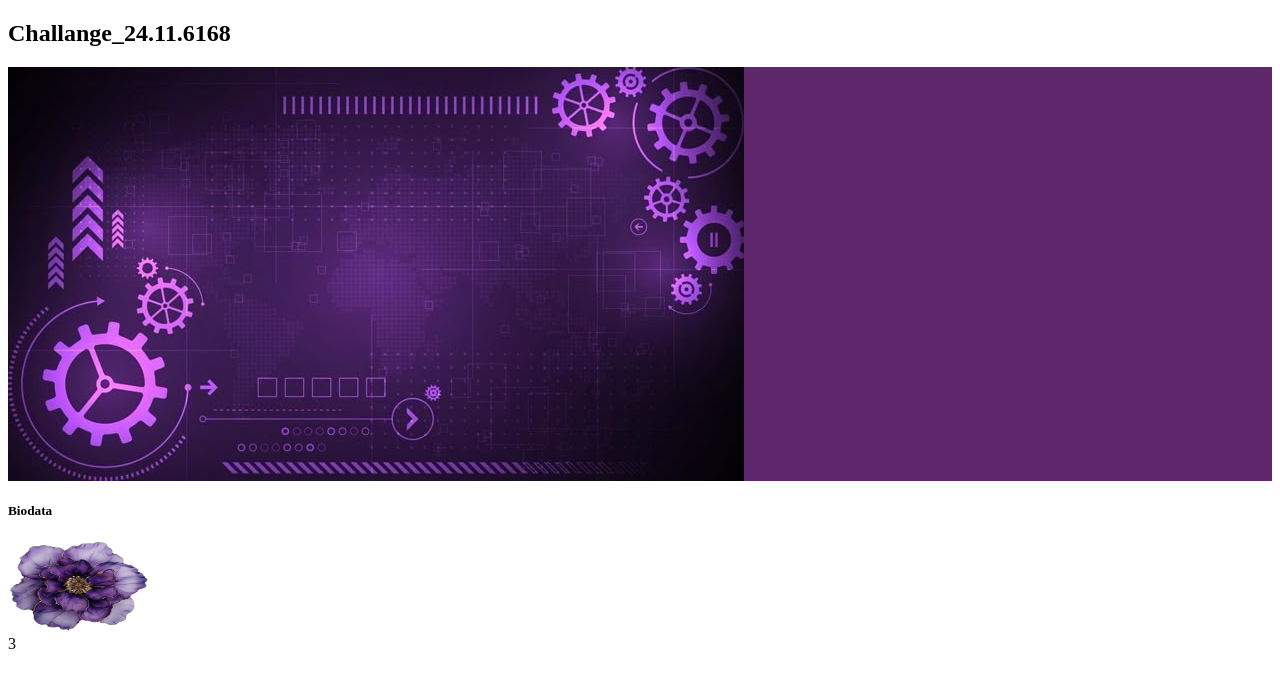
Repository: Ms-Ulfiyahrustam/p5_pemogramanweb
Page: index.html
These files come from the project's save history. The page is drawn as it stood at one moment and after the next save; the edit follows.
The browser window is 1280 px wide. The pictures show the whole page.

Above is the page before, as saved 2026-04-27 09:17:09.

After the next save:
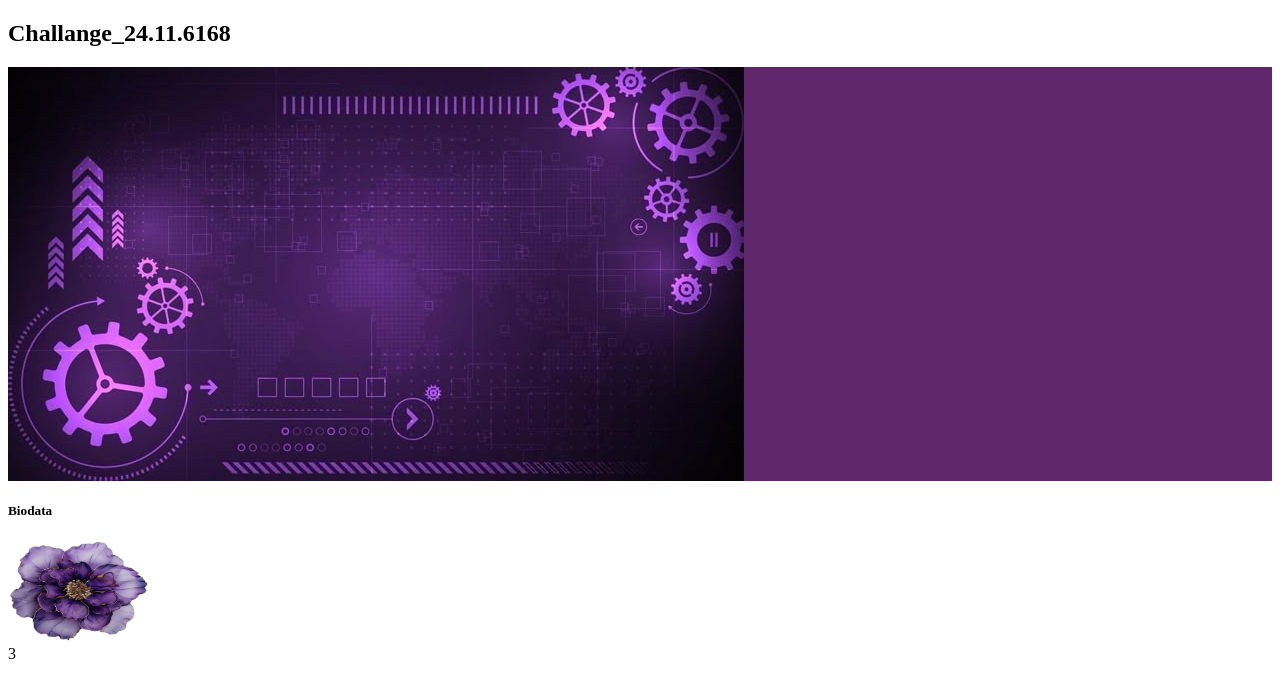
Saved 5 s later.
--- a/index.html
+++ b/index.html
@@ -13,7 +13,7 @@
     </div>
     <div >
         <h5>Biodata</h5>
-        <img src="purple.jpg" alt="" width="140" height="90" >
+        <img src="purple.jpg" alt="" width="140" height="100" >
     </div>
     <div>3</div>
 </body>
